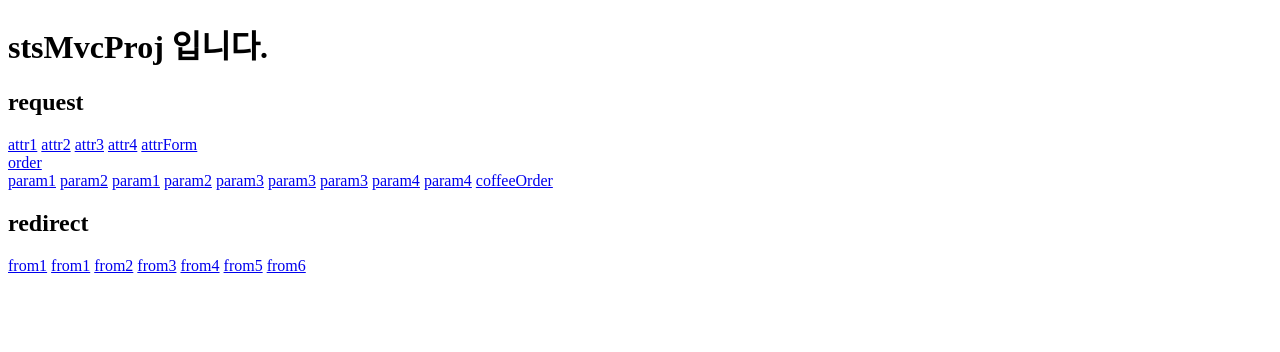
Repository: Yousehyeon/spring_work
Page: stsMvcProj/src/main/webapp/views/home.html
The author's editor kept a copy of each file at every save. The page is drawn from the files as they stood at one save, then again after the next save.
The browser window is 1280 px wide. The pictures show the whole page.

Above is the page before, as saved 2023-08-21 05:37:53.

After the next save:
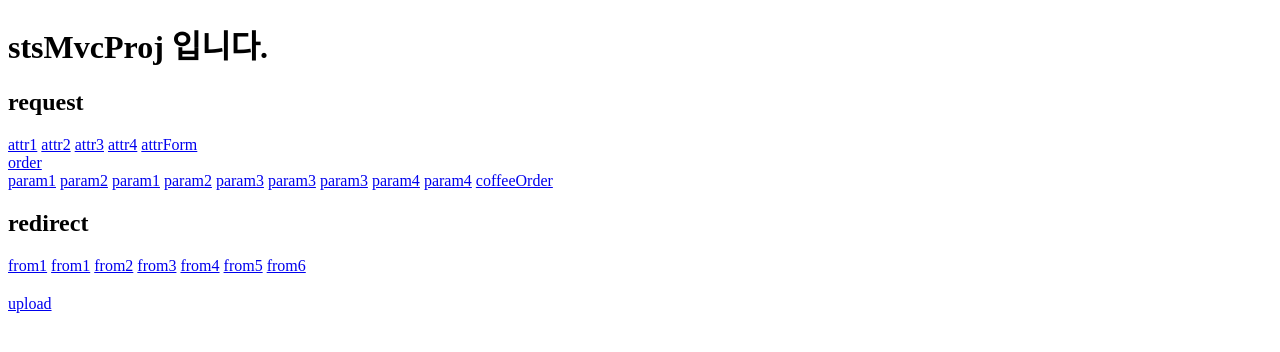
Saved 26 min 0 s later.
--- a/stsMvcProj/src/main/webapp/views/home.html
+++ b/stsMvcProj/src/main/webapp/views/home.html
@@ -33,5 +33,7 @@
 <a href="red/from4?id=ddd&age=25&marriage=false">from4</a>
 <a href="red/from5?id=eee&age=27&marriage=false">from5</a>
 <a href="red/from5?id=fff&age=25&marriage=true">from6</a>
+<h2></h2>
+<a href="file/upload">upload</a>
 </body>
 </html>
